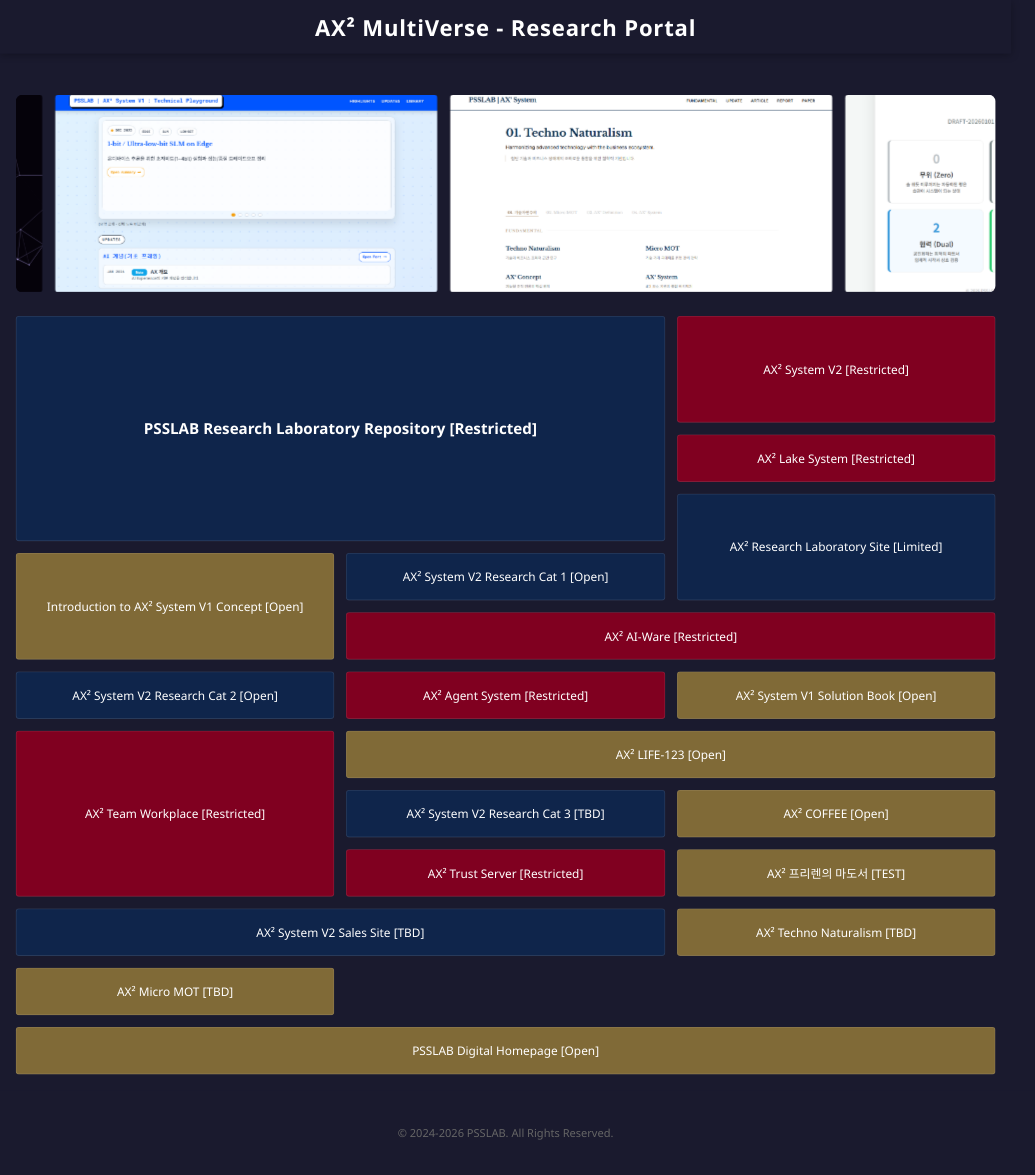
Repository: hycse89/PSSLAB_OpenSite
Page: psslab_multiverse_v3.html
These files come from the project's save history. The page is drawn as it stood at one moment and after the next save; the edit follows.
The browser window is 1280 px wide. The page is 1310 px wide, so the pictures cover 1310 px, including what lies to the right of the window. The pictures show the whole page, at 79% of full size.

Above is the page before, as saved 2026-01-11 21:09:07.

After the next save:
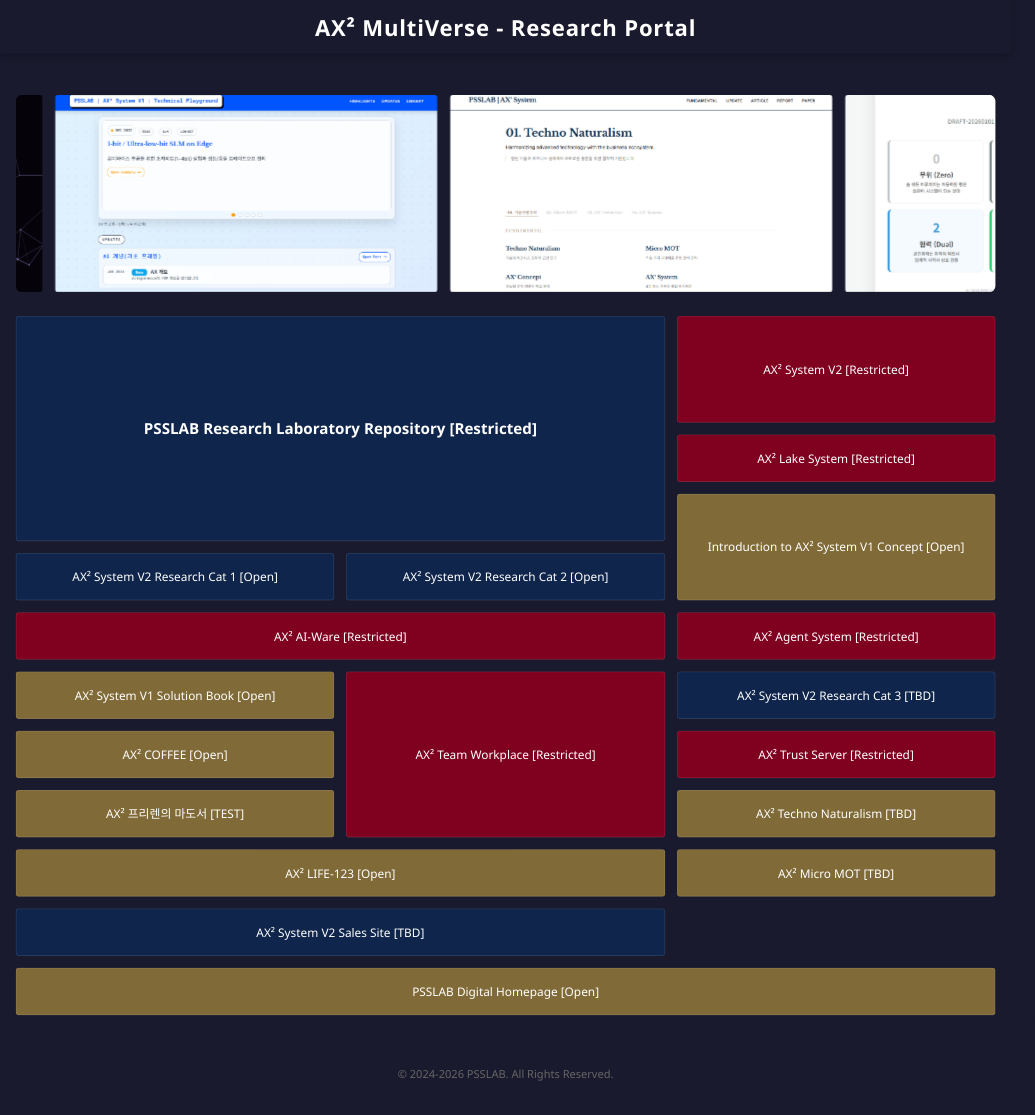
Saved 2 min 7 s later.
--- a/psslab_multiverse_v3.html
+++ b/psslab_multiverse_v3.html
@@ -188,8 +188,6 @@
 
             <a href="http://localhost:8004" class="link-button color-2 h-1">AX² Lake System [Restricted]</a>
 
-            <a href="https://hycse89.github.io/PSSLAB_OpenSite/ax2_research_lab/" class="link-button color-1 h-2">AX² Research Laboratory Site [Limited]</a>
-
             <a href="ax2_v1_concept/ax2_homepage.html" class="link-button color-3 h-2">Introduction to AX² System V1 Concept [Open]</a>
 
             <a href="ax2_v1_20260101/index.html" class="link-button color-1 h-1">AX² System V2 Research Cat 1 [Open]</a>
